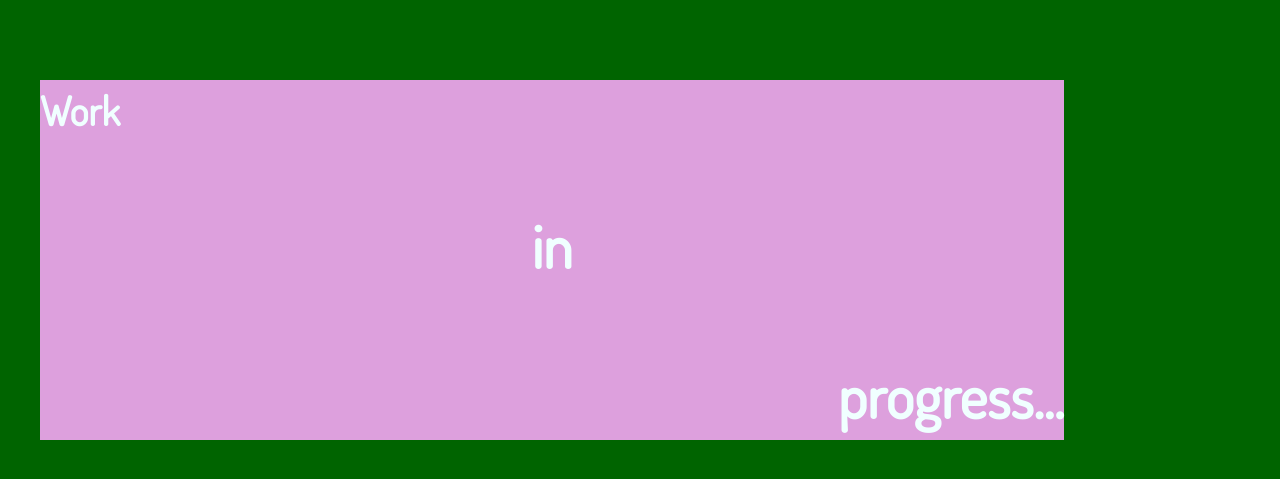
Repository: NollieChtn6/NollieChtn6.github.io
Page: index.html
The author's editor kept a copy of each file at every save. The page is drawn from the files as they stood at one save, then again after the next save.
The browser window is 1280 px wide. The pictures show the whole page.

Above is the page before, as saved 2023-11-10 18:13:24.

### index.html

<!DOCTYPE html>

<html lang="fr">

<head>
  <meta charset="utf-8">
  <meta name="viewport" content="width=device-width">
  <link href="css/reset.css" rel="stylesheet">
  <link href="css/style.css" rel="stylesheet">
  <link
    href="https://fonts.googleapis.com/css2?family=Dosis&display=swap"
    rel="stylesheet">
  <title>Portfolio</title>
</head>

<body>

  <main class="main__container">

    <div class="main__content">

      <h1 class="main__title">
        <span class="main__title main__title--level-1">
          Work
        </span>
        <span class="main__title main__title--level-2">
          in
        </span>
        <span class="main__title main__title--level-3">
          progress...
        </span>
      </h1>

    </div>

  </main>

</body>

</html>

### css/style.css
/* VARIABLES */

/* :root {

} */


/* GÉNÉRAL */

* {
  box-sizing: border-box;
}

html {
  font-size: 62.5%;
}

body {
  display: flex;
  flex-direction: column;
  height: 100vh;
  min-height: 100vh;
}

h1 {
  font-family: 'Dosis', sans-serif;
}


/* MAIN  */

.main__container {
  display: flex;
  flex-direction: column;
  background-color: antiquewhite;
  height: 100vh;
  width: 100vw;
}

.main__content {
  display: flex;
  flex-direction: column;
  background-color:darkgreen;
  height: 100vh;
  width: 100vw;
  /* padding: 5rem 0rem 0rem 8rem; */
  /* justify-content: center; */
  /* align-items: center; */
  padding-top: 8rem;
  padding-left: 4rem;;

}

h1 {
  display: flex;
  flex-direction: column;
  width: 80vw;
  height: 50vh;
  font-size: 4rem;
  background-color: plum;
  color: azure;
  justify-content: space-between;
}

.main__title--level-1 {
  align-self: start;

}

.main__title--level-2 {
  align-self: center;
  font-size: 1.5em;
}

.main__title--level-3 {
  align-self: end;
  font-size: 1.5em;
}

Loaded but not shown: css/reset.css (common file)

After the next save:
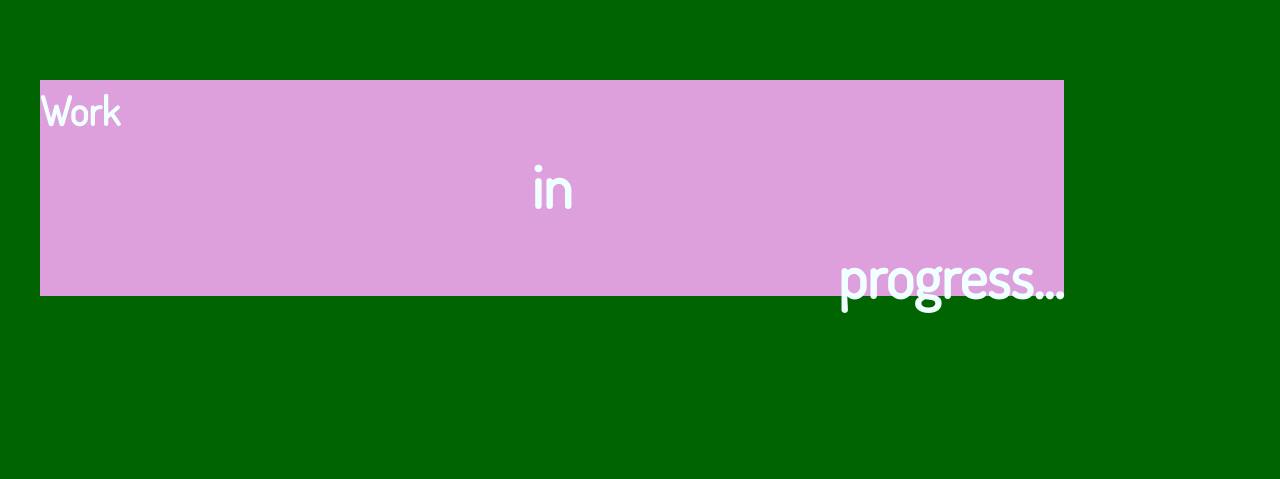
Saved 17 s later.
--- a/css/style.css
+++ b/css/style.css
@@ -55,7 +55,7 @@ h1 {
   display: flex;
   flex-direction: column;
   width: 80vw;
-  height: 50vh;
+  height: 30vh;
   font-size: 4rem;
   background-color: plum;
   color: azure;
